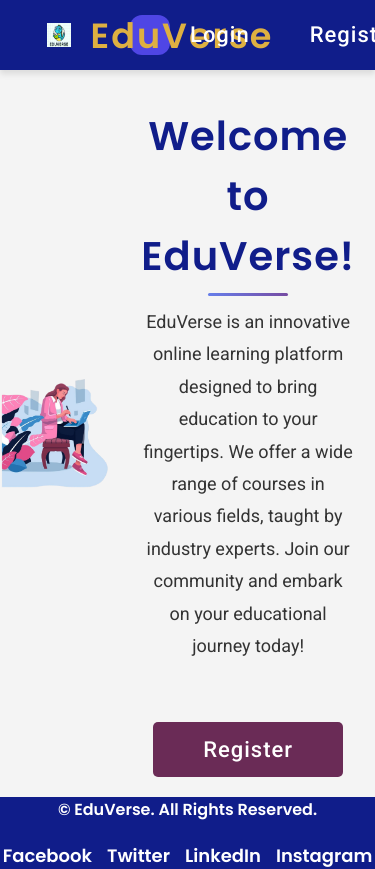
Repository: aviralsaxena16/Eduverse-Elearning-Platform
Page: /
An editor plug-in stored every save of this project. The page is shown before and after the next save, followed by the edit.
The browser window is 375 px wide. The pictures show the whole page.
The project was rebuilt for these pictures with package versions that can differ from the ones it lists, and the page was loaded fresh each time. Also part of the build but not shown: vite.config.js, src/pages/LoginPage/Logout.css, src/pages/LoginPage/Logout.jsx, src/components/Side/Sidebar.css, src/components/Side/Sidebar.jsx, src/components/Navbar2/Navbar2.jsx, src/pages/MainPage/BotPage.jsx, src/pages/MainPage/MainPage.jsx and 19 more. Imported but missing from the stored project, and not drawn on this page: src/config.js, src/pages/Profile/ProfilePic.

Above is the page before, as saved 2025-03-21 17:45:32.

### index.html
<!doctype html>
<html lang="en">
  <head>
    <meta charset="UTF-8" />
    <link rel="icon" type="image/svg+xml" href="https://files.oaiusercontent.com/file-NUiUzAsg2Rnv5fLjRKBuEV?se=2025-01-03T04%3A50%3A28Z&sp=r&sv=2024-08-04&sr=b&rscc=max-age%3D604800%2C%20immutable%2C%20private&rscd=attachment%3B%20filename%3D9718d2ac-9ef9-426d-92ea-ecf0daa195a5.webp&sig=QLeTMO/ZWDLyk/UBXh9xFU5B15z5Ib/wuNILqFuiQV8%3D" />
    <meta name="viewport" content="width=device-width, initial-scale=1.0" />
    <link href="https://fonts.googleapis.com/css2?family=Poppins:wght@600&family=Roboto:wght@400;500&display=swap" rel="stylesheet">

    <title>EduVerse</title>
  </head>
  <body>
    <div id="root"></div>
    <script type="module" src="/src/main.jsx"></script>
  </body>
</html>

### src/App.jsx
//import LandingPage from './components/landingPage/LandingPage';
import { BrowserRouter } from 'react-router-dom';
import Routers from './routers/Routers.jsx';
import { AuthProvider } from './context/context.jsx';
const App = () => {
  return (
    <AuthProvider>
    <BrowserRouter>
    <Routers/>
    </BrowserRouter>
    </AuthProvider>
  )
}

export default App

### src/routers/Routers.jsx
import { Routes, Route} from 'react-router-dom';
import LandingPage from '../pages/landingPage/LandingPage.jsx';
import MainPage from '../pages/MainPage/MainPage.jsx';
import GamePage from '../pages/MainPage/GamePage.jsx';
import CoursePage from '../pages/MainPage/CoursePage.jsx';
import QuizPage from '../pages/MainPage/QuizPage/QuizPage.jsx';
import NotificationPage from '../pages/MainPage/NotificationPage.jsx';
import Login from '../pages/LoginPage/Login.jsx';
import Signup from '../pages/SignUp/Signup.jsx';
import Ques from '../pages/MainPage/QuizPage/Ques.jsx';
import ChatRoom from '../pages/MainPage/chatroom/ChatRoom.jsx';
import ProtectedRoute from './ProtectedRoute.jsx';
import VideoDetails from '../pages/MainPage/VideoDetails.jsx';
import Logout from '../pages/LoginPage/Logout.jsx';
import Game_H1 from '../pages/Game/Game_H1.jsx';
import Tictac from '../pages/Game/Tictac.jsx';
import Profile from '../pages/MainPage/Profile.jsx';
const Routers = () => {
  return (
    <Routes>
    <Route path="/" element={<LandingPage />} />
    <Route path="/login" element={<Login />} />
    <Route path="/register" element={<Signup />} />

    {/* Main Routes */}
    <Route path="/home" element={
          <ProtectedRoute>
            <MainPage />
          </ProtectedRoute>
        } />
    <Route path="/home/notification" element={
          <ProtectedRoute>
            <NotificationPage />
          </ProtectedRoute>
        } />
    <Route path="/home/course" element={
          <ProtectedRoute>
            <CoursePage />
          </ProtectedRoute>
        } />

<Route path="/home/course/video/:videoId" element={
          <ProtectedRoute>
            <VideoDetails />
          </ProtectedRoute>
        } />
    <Route path="/home/chat" element={
          <ProtectedRoute>
            <ChatRoom />
          </ProtectedRoute>
        } />
    <Route path="/home/quiz" element={
          <ProtectedRoute>
            <QuizPage />
          </ProtectedRoute>
        } />
    <Route path="/quiz/:id" element={
          <ProtectedRoute>
            <Ques />
          </ProtectedRoute>
        } />

<Route path="/logout" element={
          <ProtectedRoute>
            <Logout />
          </ProtectedRoute>
        } />
<Route path="/home/games" element={
          <ProtectedRoute>
            <GamePage />
          </ProtectedRoute>
        } />
      <Route path="/home/games/rock-paper-scissors" element={
          <ProtectedRoute>
            <Game_H1 />
          </ProtectedRoute>
        } />

<Route path="/home/games/tictac" element={
          <ProtectedRoute>
            <Tictac />
          </ProtectedRoute>
        } />
        <Route path="/home/profile" element={
          <ProtectedRoute>
           <Profile/>
          </ProtectedRoute>
        } />
  </Routes>


  );
};

export default Routers;

### src/context/context.jsx
import { createContext, useState, useContext } from 'react';

const AuthContext = createContext(null);

export const AuthProvider = ({ children }) => {
  const [isAuthenticated, setIsAuthenticated] = useState(false);

  const login = () => setIsAuthenticated(true);
  const logout = () => setIsAuthenticated(false);

  return (
    <AuthContext.Provider value={{ isAuthenticated, login, logout }}>
      {children}
    </AuthContext.Provider>
  );
};

export const useAuth = () => useContext(AuthContext);

### src/pages/landingPage/LandingPage.jsx

import Navbar from "./Navbar";
import Body from "./Body";
import Footer from "./Footer";

const LandingPage = () => {
  return (
    <div className="landing-page">
      <Navbar/>
      <Body/>
      <Footer/>
    </div>
  );
};

export default LandingPage;

### src/pages/landingPage/Navbar.jsx

import { NavLink } from "react-router-dom";
import "./Navbar.css";
import logo from '../../assets/Logo.png'

const Navbar = () => {
  return (
    <nav className="navbar">
      <div className="logo">
        <img src={logo} className="img"/>
          EduVerse</div>
      <ul className="nav-links">
        <li>
          <NavLink to="/login" className="nav-link" activeClassName="active">
            Login
          </NavLink>
        </li>
        <li>
          <NavLink to="/register" className="nav-link" activeClassName="active">
            Register
          </NavLink>
        </li>
      </ul>
    </nav>


  );
};

export default Navbar;

### src/pages/landingPage/Body.jsx

import { NavLink } from "react-router-dom";
import "./Body.css";

import cover from "../../assets/no_bg.png"; // Import the cover image
const Body = () => {
  return (
    <div className="body-section">
      <div className="image-section">
        {/* Use the imported cover image */}
        <img src={cover} alt="Cover" className="cover-image" />
      </div>
      <div className="intro">
        <h1>Welcome to EduVerse!</h1>
        <p>

          EduVerse is an innovative online learning platform designed to bring education to your fingertips. We offer a wide range of courses in various fields, taught by industry experts.  Join our community and embark on your educational journey today!
        </p>
        <button className="sign-in-btn"> <NavLink to="/register" className="nav-link" activeClassName="active">
            Register
          </NavLink></button>

      </div>
    </div>
  );
};

export default Body;

### src/pages/landingPage/Footer.jsx
import "./Footer.css";

const Footer = () => {
  return (
    <footer className="footer">
      <div className="footer-content">
        <p className="footer-text">© EduVerse. All Rights Reserved.</p>
        <span className="social-links">
          <a href="https://www.facebook.com" className="social-icon" target="_blank" rel="noopener noreferrer">Facebook</a>
          <a href="https://twitter.com" className="social-icon" target="_blank" rel="noopener noreferrer">Twitter</a>
          <a href="https://www.linkedin.com" className="social-icon" target="_blank" rel="noopener noreferrer">LinkedIn</a>
          <a href="https://www.instagram.com" className="social-icon" target="_blank" rel="noopener noreferrer">Instagram</a>
        </span>
      </div>
    </footer>
  );
};

export default Footer;

### src/pages/MainPage/QuizPage/quiz.css
.quiz-page {
  display: grid;
  grid-template-columns: repeat(auto-fill, minmax(280px, 1fr));
  gap: 2rem;
  padding: 2rem;
  max-width: 1600px;
  margin: 0 auto;
}


h1 {
  text-align: center;
  margin: 2rem 0;
  color: #2d3748;
  font-size: 2.5rem;
  font-weight: 700;
  position: relative;
}

h1::after {
  content: '';
  position: absolute;
  bottom: -10px;
  left: 50%;
  transform: translateX(-50%);
  width: 100px;
  height: 4px;
  background: linear-gradient(90deg, #667eea, #764ba2);
  border-radius: 2px;
}

.cardd {
  border-radius: 12px;
  overflow: hidden;
  box-shadow: 0 10px 20px rgba(0,0,0,0.1);
  transition: all 0.3s ease;
  cursor: pointer;
  position: relative;
  height: 250px;
}

.cardd:hover {
  transform: translateY(-10px);
  box-shadow: 0 15px 30px rgba(0,0,0,0.2);
}

.cardd::before {
  content: '';
  position: absolute;
  inset: 0;
  background: linear-gradient(to top, rgba(0,0,0,0.8) 0%, rgba(0,0,0,0) 60%);
  z-index: 1;
  opacity: 0.8;
  transition: opacity 0.3s ease;
}

.cardd:hover::before {
  opacity: 0.9;
}

/* Media Queries for Different Screen Sizes */
@media (max-width: 1200px) {
  .quiz-page {
    grid-template-columns: repeat(auto-fill, minmax(250px, 1fr));
    padding: 1.5rem;
  }
}

@media (max-width: 768px) {
  .quiz-page {
    grid-template-columns: repeat(auto-fill, minmax(220px, 1fr));
    gap: 1.5rem;
    padding: 1rem;
  }

  h1 {
    font-size: 2rem;
    margin: 1.5rem 0;
  }
}

@media (max-width: 480px) {
  .quiz-page {
    grid-template-columns: 1fr;
    gap: 1.2rem;
  }

  .cardd {
    height: 200px;
  }

  h1 {
    font-size: 1.8rem;
    margin: 1rem 0;
  }

  h1::after {
    width: 80px;
    height: 3px;
  }
}

/* Additional Styles for Your Card Component */
/* These would integrate with your Card component */
.card-title {
  position: absolute;
  bottom: 20px;
  left: 20px;
  color: white;
  font-size: 1.4rem;
  font-weight: 600;
  z-index: 2;
  transition: transform 0.3s ease;
}

.cardd:hover .card-title {
  transform: translateY(-5px);
}

.card-image {
  width: 100%;
  height: 100%;
  object-fit: cover;
  transition: transform 0.5s ease;
}

.cardd:hover .card-image {
  transform: scale(1.1);
}

### src/pages/MainPage/QuizPage/quiz_ques.css
/* Prevent horizontal scrolling */
html, body {
  margin: 0;
  padding: 0;
  width: 100vw;
  overflow-x: hidden;
}

/* quiz_ques.css */
* {
  margin: 0;
  padding: 0;
  box-sizing: border-box;
  font-family: 'Poppins', sans-serif;
}

.quiz-container {
  min-height: 100vh;
  width: 100%;
  max-width: 100vw;
  background: #f9f9f9;
  padding: 2rem;
  display: flex;
  flex-direction: column;
  align-items: center;
  justify-content: center;
}

.quiz-header {
  width: 100%;
  max-width: 800px;
  text-align: center;
  color: #333;
  margin-bottom: 1.5rem;
}

.quiz-header h1 {
  font-size: 2.5rem;
  margin-bottom: 1rem;
  color: #6c5ce7;
}

.quiz-header p {
  font-size: 1.1rem;
  color: #555;
}

.progress-bar {
  width: 100%;
  height: 8px;
  background: #ddd;
  border-radius: 10px;
  margin: 1.2rem 0;
  overflow: hidden;
}

.progress {
  height: 100%;
  background: #6c5ce7;
  transition: width 0.5s ease;
}

.timer {
  font-size: 1.3rem;
  font-weight: bold;
  color: #fff;
  background: #6c5ce7;
  padding: 0.4rem 1.2rem;
  border-radius: 15px;
  display: inline-block;
  margin: 1rem 0;
}

.quiz-question {
  width: 100%;
  max-width: 800px;
  background: rgba(255, 255, 255, 0.9);
  backdrop-filter: blur(10px);
  padding: 1.5rem;
  border-radius: 15px;
  color: #333;
  font-size: 1.2rem; /* Reduced from 1.3rem */
  line-height: 1.5;
  margin-bottom: 1.5rem;
  text-align: center;
  box-shadow: 0 5px 15px rgba(0, 0, 0, 0.1);
  border: 1px solid rgba(0, 0, 0, 0.1);
}

.quiz-options {
  width: 100%;
  max-width: 800px;
  display: grid;
  gap: 0.8rem; /* Reduced gap */
  margin-bottom: 1.5rem;
}

.quiz-option {
  width: 100%;
  padding: 0.8rem 1.5rem; /* Reduced padding */
  background: white;
  border: 2px solid #6c5ce7;
  border-radius: 10px; /* Slightly smaller */
  color: #333;
  font-size: 1rem; /* Reduced from 1.1rem */
  cursor: pointer;
  transition: all 0.3s ease;
  text-align: left;
}

.quiz-option:hover {
  background: #6c5ce7;
  color: white;
  transform: translateY(-3px);
}

.quiz-option.selected {
  background: #6c5ce7;
  color: white;
  border-color: #6c5ce7;
  transform: translateY(-3px);
  box-shadow: 0 5px 15px rgba(0, 0, 0, 0.2);
}

.next-button {
  width: 100%;
  max-width: 800px;
  padding: 0.8rem; /* Reduced size */
  background: #6c5ce7;
  color: white;
  border: none;
  border-radius: 10px;
  font-size: 1.1rem; /* Slightly smaller */
  font-weight: bold;
  cursor: pointer;
  transition: all 0.3s ease;
  margin-bottom: 1.5rem;
}

.next-button:disabled {
  background: #ccc;
  cursor: not-allowed;
}

.next-button:hover:not(:disabled) {
  transform: translateY(-3px);
  box-shadow: 0 5px 15px rgba(0, 0, 0, 0.2);
}

.quiz-completed {
  text-align: center;
  background: white;
  padding: 2.5rem;
  border-radius: 15px;
  color: #333;
  box-shadow: 0 8px 32px rgba(0, 0, 0, 0.1);
  border: 2px solid #6c5ce7;
  width: 100%;
  max-width: 800px;
}

.quiz-completed h2 {
  font-size: 2.5rem;
  margin-bottom: 1rem;
  color: #6c5ce7;
}

.quiz-completed h3 {
  font-size: 1.8rem;
  color: #333;
}

.quiz-footer {
  width: 100%;
  max-width: 800px;
  text-align: center;
  color: #777;
  font-style: italic;
}

@media (max-width: 850px) {
  .quiz-container {
    padding: 1rem;
  }

  .quiz-header h1 {
    font-size: 2rem;
  }

  .quiz-question {
    font-size: 1.1rem; /* Smaller on smaller screens */
    padding: 1.2rem;
  }

  .quiz-option {
    padding: 0.7rem 1.2rem; /* Adjusted */
    font-size: 0.95rem;
  }

  .quiz-completed {
    margin: 1rem;
    padding: 2rem;
  }
}

@media (max-width: 480px) {
  .quiz-header h1 {
    font-size: 1.8rem;
  }

  .quiz-question {
    font-size: 1rem;
    padding: 1rem;
  }

  .quiz-option {
    font-size: 0.9rem;
  }

  .quiz-completed h2 {
    font-size: 2rem;
  }

  .quiz-completed h3 {
    font-size: 1.5rem;
  }
}

### src/pages/Game/Game_H1.css
/* General Styling */
body {
    font-family: Arial, sans-serif;
    background-color: #f0f8f8;
    margin: 0;
    padding: 0;
  }

  /* Game Container */
  .game-container {
    min-height: 100vh;
          display: flex;
          flex-direction: column;
          align-items: center;
          background: #0f0c29;
          position: relative;
          overflow: hidden;
          padding: 40px 20px;
          text-align: center;
          font-family: 'Poppins', sans-serif;
  }

  /* Title */
  .game-title {
    color: #101d8a;
    font-size: 24px;
    font-weight: bold;
    margin-bottom: 20px;
  }

  /* Choices */
  .choices-container {
    display: flex;
    justify-content: center;
    gap: 15px;
    margin-bottom: 20px;
  }
  .choice-button { background: white; border: 2px solid #ddd; width: 200px; height: 200px; display: flex; justify-content: center; align-items: center; cursor: pointer; transition: all 0.3s ease; padding: 1rem; }

.choice-button:hover { transform: scale(1.1); border-color: #007bff; box-shadow: 0 6px 12px rgba(0, 0, 0, 0.1); }

.choice-image { width: 100%; height: 100%; }

.score-container { display: flex; justify-content: center; gap: 4rem; margin-bottom: 2rem; }



.score {
  text-align: center;
  padding: 1rem 2rem;
  border-radius: 8px;
  background-color: white;
  box-shadow: 0 2px 4px rgba(0, 0, 0, 0.1);
}

.score p:first-child {
  font-size: 2.5rem;
  font-weight: bold;
  margin: 0;
  color: #007bff;
}

.score p:last-child {
  margin: 0;
  color: #555;
  font-weight: bold;
}

.message-container {
  padding: 1rem;
  background-color: white;
  border-radius: 8px;
  box-shadow: 0 2px 4px rgba(0, 0, 0, 0.1);
}

.message-container p {
  font-size: 1.2rem;
  color: #333;
  margin: 0;
  font-weight: 500;
}

### src/pages/MainPage/Profile.css
:root {
  --primary-blue: #101d8a;
  --secondary-blue: #1a2ba3;
  --light-blue: #f0f2ff;
  --text-dark: #1a1a2e;
  --text-light: #4a4a68;
  --border-radius: 12px;
  --box-shadow: 0 10px 25px rgba(16, 29, 138, 0.15);
}

.profile-page-container {
  margin: auto;
  width: 60vw;
  max-width: 900px;
  background: white;
  border-radius: var(--border-radius);
  box-shadow: var(--box-shadow);
  padding: 2rem;
  text-align: center;
}

/* HEADER SECTION */
.profile-header {
  display: flex;
  align-items: center;
  justify-content: space-between;
  background: linear-gradient(135deg, var(--primary-blue), var(--secondary-blue));
  color: white;
  padding: 2rem;
  border-radius: var(--border-radius);
  text-align: left;
  position: relative;
}

.profile-info {
  display: flex;
  align-items: center;
  gap: 1rem;
}

/* PROFILE PICTURE */

/* PROFILE INFO CONTAINER */
.profile-info {
  display: flex;
  align-items: center;
  gap: 1.5rem; /* Adjusted spacing */
}


/* USER DETAILS */
.user-details {
  display: flex;
  flex-direction: column;
}

.user-details h2 {
  margin: 0;
  font-size: 1.8rem;
}

.email-link a {
  color: yellow;
  font-size: 1rem;
  text-decoration: none;
}

.email-link a:hover {
  text-decoration: underline;
}

/* PROFILE DETAILS SECTION */
.profile-details {
  margin-top: 2rem;
  text-align: left;
}

.profile-details label {
  font-weight: bold;
  display: block;
  margin-bottom: 0.3rem;
}

.profile-details p {
  background: var(--light-blue);
  padding: 0.7rem;
  border-radius: 8px;
}

/* BUTTON STYLING */
.button-container {
  display: flex;
  gap: 15px; /* Adjust spacing between buttons */
}

.edit-button,
.save-button {
  margin-top: 1rem;
  background-color: var(--primary-blue);
  color: white;
  border: none;
  padding: 0.6rem 1.5rem;
  border-radius: 8px;
  cursor: pointer;
  transition: all 0.3s ease;
}

.edit-button:hover,
.save-button:hover {
  background-color: var(--secondary-blue);
  transform: translateY(-2px);
}

### src/pages/landingPage/Navbar.css
/* Navbar.css */
.navbar {
  display: flex;
  justify-content: space-between;
  align-items: center;
  padding: 15px 30px;
  background-color: #101d8a; /* Teal background */
  color: white;
  box-shadow: 0 4px 6px rgba(0, 0, 0, 0.1);
}

.img{
  margin-left:20px;
  margin-right:20px;
}
.navbar .logo {
  margin-left: 100px;
  font-family: 'Poppins', sans-serif;
  font-size: 35px;
  font-weight: 600;
  color: #DEB041; /* Gold color for logo */
  letter-spacing: 2px;
}

.nav-links {
  list-style: none;
  display: flex;
  gap: 20px;
}

.nav-link {
  text-decoration: none;
  color: white;
  font-family: 'Roboto', sans-serif;
  font-size: 22px;
  font-weight: 500;
  padding: 10px 20px;
  border-radius: 5px;
  transition: background-color 0.3s ease;
  letter-spacing: 1px;
}

.nav-link:hover {
  background-color: #6A2B56; /* Purple hover effect */
}

.active {
  background-color: #DEB041; /* Gold active link color */
}

### src/pages/landingPage/Body.css
/* Body.css */
.body-section {
  display: flex;
  flex-direction: row;
  justify-content: space-between;
  align-items: center;

  background-color: #f4f4f4;
  padding: 0; /* Remove extra padding from body */
  margin: 0; /* Remove margin */
}

.image-section {
  flex: 0.8;
  display: flex;
  align-items: flex-start;
  margin: 0; /* Remove any margin */
  padding: 0; /* Remove padding */
}

.cover-image {
  width: 100%;
  height: auto;
  margin: 0; /* Remove margin */
  padding: 0; /* Remove padding */

}

.cover-image::after {
  content: "";
  position: absolute;
  top: 0;
  left: 0;
  right: 0;
  bottom: 0;
  background: rgba(0, 0, 0, 0.4); /* Dark overlay for better text readability */
  border-radius: 10px;
}

.intro {
  flex: 1;
  padding: 20px;
  text-align: left;
  z-index: 10;
  display: flex;
  flex-direction: column;
  justify-content: center;
  align-items: center;
}

.intro h1 {
  font-family: 'Poppins', sans-serif;
  font-size: 40px;
  font-weight: 600;
  color: #101d8a;
  letter-spacing: 1px;
  margin-bottom: 20px;
}

.intro p {
  font-family: 'Roboto', sans-serif;
  font-size: 18px;
  color: #333;
  line-height: 1.8;
  margin-bottom: 40px;
  text-align: center; /* Center the text */
}

.sign-in-btn {
  padding: 15px 30px;
  background-color: #6A2B56; /* Purple button */
  color: white;
  border: none;
  border-radius: 5px;
  font-family: 'Roboto', sans-serif;
  font-size: 18px;
  cursor: pointer;
  transition: all 0.3s ease;
  letter-spacing: 1px;
  margin-top: 20px; /* Space above the button */
}

.sign-in-btn:hover {
  background-color: #DEB041; /* Gold hover effect */
  transform: scale(1.05);
  box-shadow: 0 4px 8px rgba(0, 0, 0, 0.2);
}

.sign-in-btn .nav-link {
  color: white;
  text-decoration: none;
}

.sign-in-btn .nav-link:hover {
  color: white;
}

### src/pages/landingPage/Footer.css
/* Footer.css */
.footer {
  background-color: #101d8a; /* Teal background */
  color: white;

  text-align: center;
}

.footer-text {
  font-size: 16px;
  font-weight: 400;
  margin-bottom: 20px;
}

.social-links {
  display: flex;
  justify-content: center;
  gap: 15px;
}

.social-icon {
  color: white;
  font-size: 18px;
  text-decoration: none;
  transition: color 0.3s ease;
}

.social-icon:hover {
  color: #DEB041; /* Gold color on hover */
}

### src/components/Navbar2/Navbar2.css
/* Navbar2.css */

body {
  margin: 0;
  font-family: 'Poppins', sans-serif;
}

nav {
  background:  #101d8a; /* Solid teal background */
  color: white;
  padding: 10px 20px;
  box-shadow: 0 4px 8px rgba(0, 0, 0, 0.2);
  position: sticky;
  top: 0;
  z-index: 1000;
}

.Nav2 {
  display: flex;
  align-items: center;
  justify-content: space-between;
  list-style: none;
  margin: 0;
  padding: 0;
}

.Nav2 li {
  display: inline-flex;
  align-items: center;
  justify-content: center;
  color: white;
  cursor: pointer;
  font-size: 24px;
  /* padding: 10px; */
  transition: all 0.3s ease;
}

.Nav2 li:hover {
  color: #DEB041; /* Gold hover effect */
}

.bars {
  font-size: 26px;
  margin-right: 85vw;
}

.search-container {
  display: flex;
  align-items: center;
  flex-grow: 1;
  margin: 0 20px;
}

.search-icon {
  font-size: 20px;
  color: white;
  margin-right: 8px;
}

.search-bar {
  width: 100%;
  max-width: 300px;
  padding: 8px 12px;
  font-size: 16px;
  border: 1px solid transparent;
  border-radius: 20px;
  background: rgba(255, 255, 255, 0.1);
  color: white;
  outline: none;
  transition: background 0.3s ease, box-shadow 0.3s ease;
}

.search-bar::placeholder {
  color: rgba(255, 255, 255, 0.6);
}

.search-bar:focus {
  background: white;
  color: #333;
  box-shadow: 0 0 8px rgba(255, 255, 255, 0.6);
}

.home, .profile {
  font-size: 26px;
}

.home{
  margin-right:0px;
}

@media screen and (max-width: 768px) {
  nav {
    background: #101d8a;
    color: white;
    padding: 10px 20px;
    box-shadow: 0 4px 8px rgba(0, 0, 0, 0.2);
    position: sticky;
    top: 0;
    z-index: 1000;
    width: 100%;
    box-sizing: border-box;
  }

  .Nav2 {
    flex-direction: row;
    gap: 5px;
    justify-content: space-between;
    width: 100%;
  }

  .search-container {
    flex-grow: 1;
    width: auto;
    margin: 0 10px;
  }

  .search-bar {
    max-width: 150px;
  }

  .bars {
    font-size: 20px;
    margin-right: 0;
  }

  .home, .profile {
    font-size: 20px;
    display: flex;
  }
}
/* Add a smaller breakpoint for very small screens */
@media screen and (max-width: 480px) {
  .search-bar {
    max-width: 120px;
  }

  .bars,
  .home,
  .profile {
    font-size: 18px;
  }
}

Loaded but not shown: src/main.jsx (common file); src/pages/LoginPage/Login.css (390 lines, source omitted); src/index.css (no stored copy; drawn as an empty file)

After the next save:
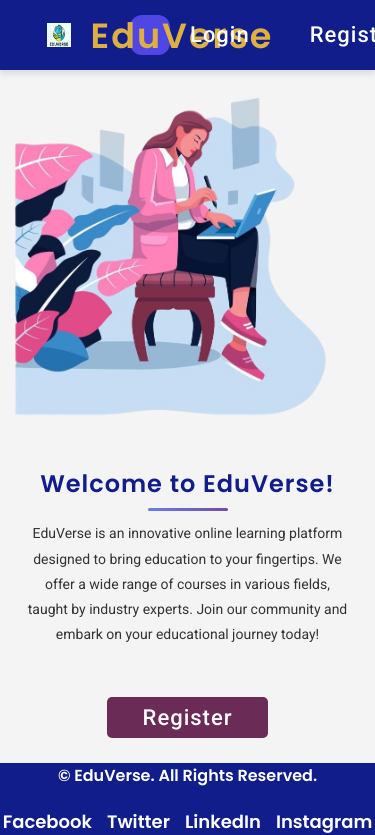
Saved 16 min 20 s later.
--- a/src/pages/landingPage/Body.css
+++ b/src/pages/landingPage/Body.css
@@ -94,3 +94,70 @@
 .sign-in-btn .nav-link:hover {
   color: white;
 }
+@media (max-width: 1024px) {
+  .body-section {
+    flex-direction: column;
+    align-items: center;
+    text-align: center;
+  }
+
+  .image-section {
+    flex: 1;
+    justify-content: center;
+  }
+
+  .intro {
+    flex: 1;
+    padding: 15px;
+    text-align: center;
+  }
+
+  .intro h1 {
+    font-size: 35px;
+  }
+
+  .intro p {
+    font-size: 16px;
+  }
+
+  .sign-in-btn {
+    font-size: 16px;
+    padding: 12px 25px;
+  }
+}
+
+@media (max-width: 768px) {
+  .intro h1 {
+    font-size: 28px;
+  }
+
+  .intro p {
+    font-size: 14px;
+    margin-bottom: 30px;
+  }
+
+  .sign-in-btn {
+    font-size: 14px;
+    padding: 10px 20px;
+  }
+}
+
+@media (max-width: 480px) {
+  .body-section {
+    flex-direction: column;
+    padding: 10px;
+  }
+
+  .intro h1 {
+    font-size: 24px;
+  }
+
+  .intro p {
+    font-size: 14px;
+  }
+
+  .sign-in-btn {
+    font-size: 14px;
+    padding: 8px 16px;
+  }
+}
